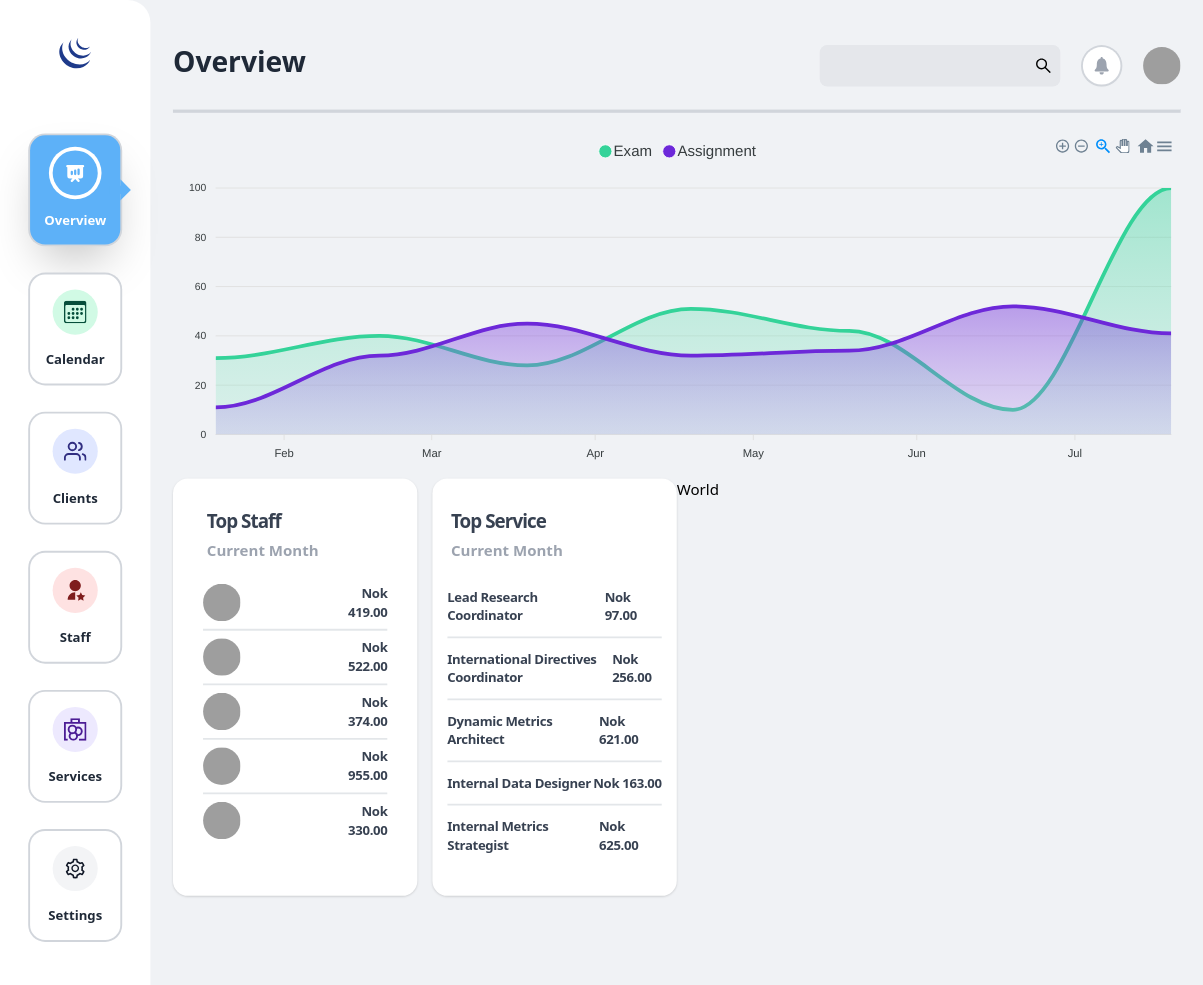
Repository: coolronts/dashboard
Page: /
An editor plug-in stored every save of this project. The page is shown before and after the next save, followed by the edit.
The browser window is 1280 px wide. The pictures show the whole page, at 94% of full size.
Pictures or frames that could not be fetched are drawn as grey boxes. The project was rebuilt for these pictures with package versions that can differ from the ones it lists, and the page was loaded fresh each time. Also part of the build but not shown: craco.config.js.

Above is the page before, as saved 2021-11-28 03:18:10.

After the next save:
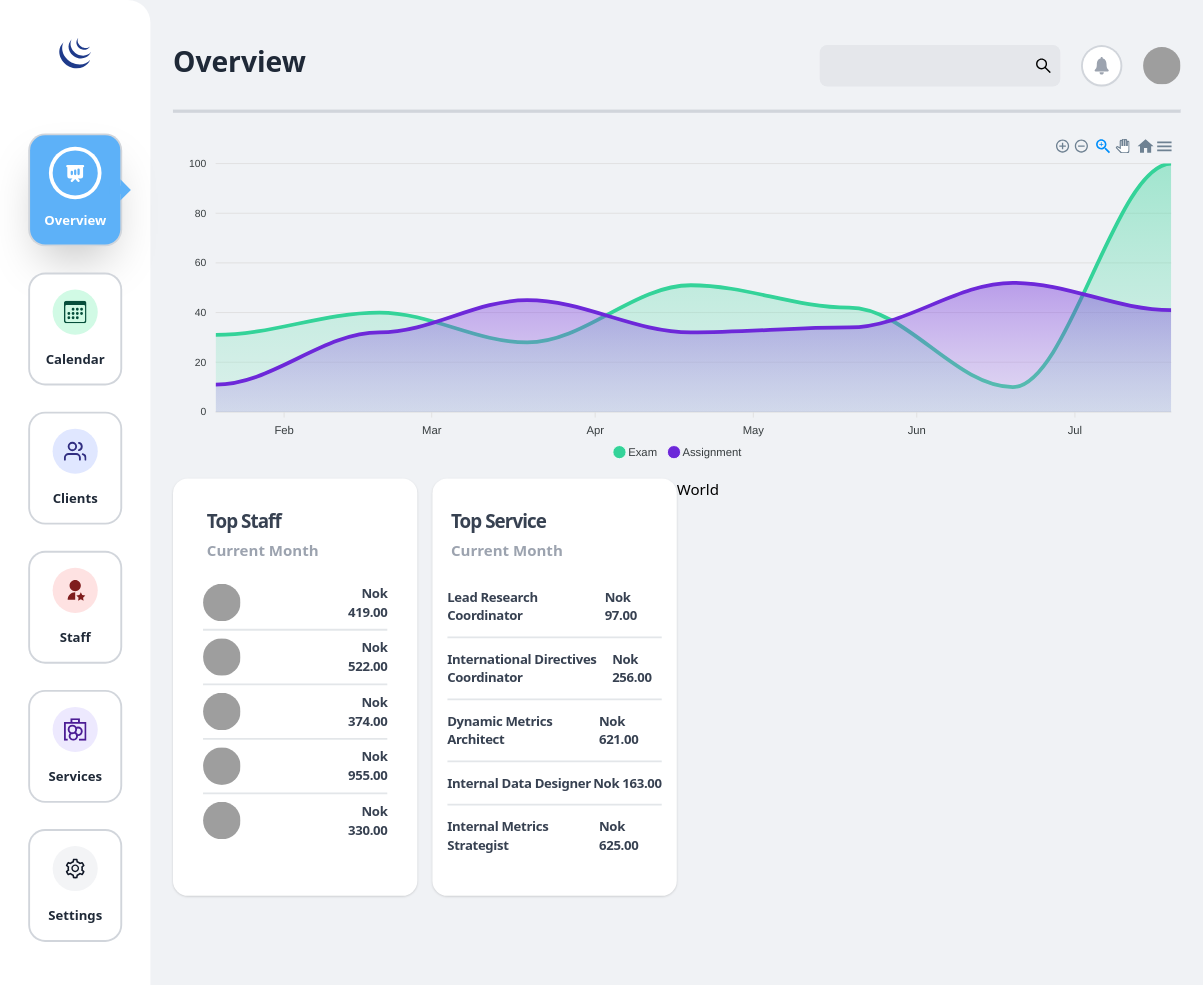
Saved 14 s later.
--- a/src/Components/Charts/MultiLine/index.tsx
+++ b/src/Components/Charts/MultiLine/index.tsx
@@ -13,12 +13,10 @@ const series = [
 
 const options = {
     colors: ['#34D399', '#6D28D9'],
+    chart: {
+      height: 350,
+     },
 
-     legend: {
-       position: 'top',
-       fontSize: '16px',
-       offset: 0
-     },
     dataLabels: {
       enabled: false
     },
